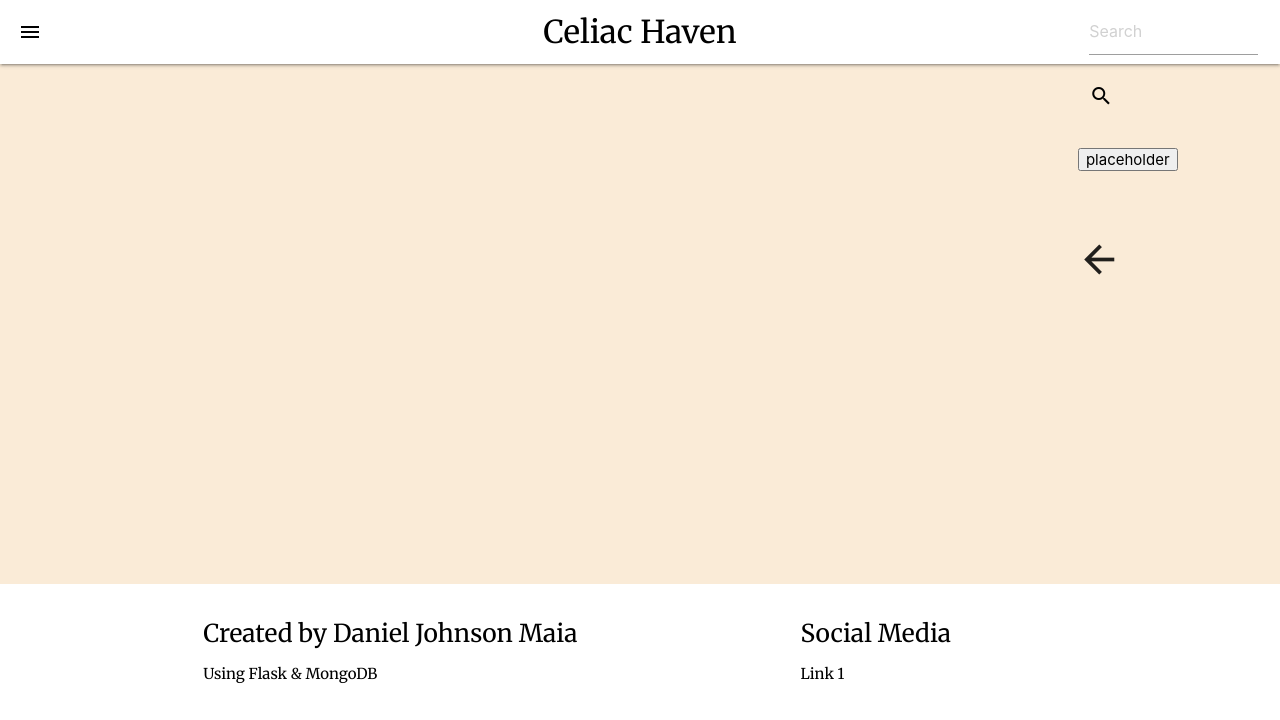
Repository: DanielJMaia/cookbook-project
Page: templates/recipes.html
The author's editor kept a record of every edit. The page is drawn from the files as they stood at one moment, then again after the next edit.
The browser window is 1280 px wide. The pictures show the whole page.
Some web fonts or font styles are not loaded; a fallback is used. The page is served by the project's application, run on Flask 3 (app.py). The template is opened directly, without the code that normally fills it, so the values that code supplies are empty.

Above is the page before.

### templates/recipes.html
{% extends 'base.html' %} {% block content %}
<div class="row">

        <i class="material-icons" id="back_icon">arrow_back</i>

    <div class="col s10">
        <h4>{{ current_category }}</h4>
    </div>
</div>
<div class="container">
    <div class="row">
        {% for recipe in recipes %}
        <div class="col s12 m6 l4">
            <a href="{{url_for('view_recipe', recipe_id=recipe._id)}}">
                <div class="card">
                    <div class="card-image">
                        <img class="responsive_image" src="{{ recipe.url }}">
                    </div>
                    <div class="card-content black-text">
                        <h5>{{ recipe.title }}</h5>
                    </div>
                    <div class="card-content">
                        <div class="row">
                            <div class="col s8 black-text">
                                <p>{{ recipe.description }}</p>
                            </div>
                            <div class="col s4">
                                <a href="{{url_for('edit_recipe', recipe_id=recipe._id)}}" class="waves-effect waves-light btn edit_button">Edit</a>
                            </div>
                        </div>
                    </div>
                </div>
            </a>
        </div>
        {% endfor %}
    </div>
</div>
<script type="text/javascript" src="/static/js/back.js"></script>
{% endblock %}

### templates/base.html
<!DOCTYPE html>
<html lang="en">

<head>
    <meta charset="UTF-8">
    <meta name="viewport" content="width=device-width, initial-scale=1.0">
    <meta http-equiv="X-UA-Compatible" content="ie=edge">
    <title>GF Recipes!</title>

    <link rel="stylesheet" href="https://cdnjs.cloudflare.com/ajax/libs/materialize/1.0.0/css/materialize.min.css">
    <link href="https://fonts.googleapis.com/icon?family=Material+Icons" rel="stylesheet">
    <link href="https://fonts.googleapis.com/css?family=Merriweather|Solway&display=swap" rel="stylesheet">
    <link rel="stylesheet" href="{{url_for('static', filename='css/style.css')}}" type="text/css" />
</head>

<body>
    <header>
        <div class="row no_bottom_margin">
            <nav class="white">
                <div class="nav-wrapper">
                    <a href="{{url_for('home')}}" class="brand-logo center black-text" id="website_title">Celiac Haven</a>
                    <a href="#" data-target="mobile-demo" class="sidenav-trigger show-on-large"><i class="material-icons black-text">menu</i></a>

                    <div class="row">
                        <div class="col s12 m4 xl2 right search_bar_container" id="search_function">
                            <form action="{{url_for('search_recipes')}}" method="POST">
                                <div class="col s12">
                                    <input id="searchbar_input" name="searchbar_input" type="text" placeholder="Search">
                                    <i class="material-icons black-text search_icon" id="search_icon_click">search</i>
                                </div>
                                <input type="submit" value="placeholder" id="search_button">
                            </form>
                        </div>
                    </div>
                </div>
            </nav>
            <ul class="sidenav" id="mobile-demo">
                <li><a href="{{url_for('home')}}">Home</a></li>
                <li><a href="{{url_for('add_recipe')}}">Add A Recipe</a></li>
                {% for category in global_category %}
                <li><a href="{{url_for('get_recipes', recipe_category=category.title)}}">{{ category.title }}</a></li>
                {% endfor %}
            </ul>
        </div>
    </header>
    <main>
        {% block content %} {% endblock %}
    </main>

    <footer class="page-footer white lighten-4">
        <div class="container">
            <div class="row">
                <div class="col l6 s12">
                    <h5 class="black-text">Created by Daniel Johnson Maia</h5>
                    <p class="black-text text-lighten-4">Using Flask & MongoDB</p>
                </div>
                <div class="col l4 offset-l2 s12">
                    <h5 class="black-text">Social Media</h5>
                    <ul>
                        <li><a class="black-text text-lighten-3" href="#!">Link 1</a></li>
                    </ul>
                </div>
            </div>
        </div>
    </footer>

    <script src="https://cdnjs.cloudflare.com/ajax/libs/jquery/3.4.1/jquery.js" integrity="sha256-WpOohJOqMqqyKL9FccASB9O0KwACQJpFTUBLTYOVvVU=" crossorigin="anonymous"></script>
    <script src="https://cdnjs.cloudflare.com/ajax/libs/materialize/1.0.0/js/materialize.min.js"></script>
    <script src="https://unpkg.com/sweetalert/dist/sweetalert.min.js"></script>
    <script type="text/javascript" src="/static/js/initialization.js"></script>
    <script type="text/javascript" src="/static/js/script.js"></script>

</body>

</html>

### app.py
import os
import env
from flask import Flask, render_template, redirect, request, url_for
from flask_pymongo import PyMongo
from bson.objectid import ObjectId

app = Flask(__name__)

app.config["MONGO_DBNAME"] = 'milestone-project-cookbook'
app.config['MONGO_URI'] = os.getenv('MONGO_URI', "Env value not loaded")

mongo = PyMongo(app)

@app.route('/')
def home():
    return render_template("index.html",
                            global_category=mongo.db.categories.find(),
                            local_category=mongo.db.categories.find())

@app.route('/get_recipes/<recipe_category>')
def get_recipes(recipe_category):
    return render_template("recipes.html",
                            global_category=mongo.db.categories.find(),
                            current_category=recipe_category,
                            recipes=mongo.db.recipes.find({"category": recipe_category}))

@app.route('/search_recipes/', methods=["GET", "POST"])
def search_recipes():
    if request.method == "POST":
        post_request = request.form.get('searchbar_input')
        print(post_request)
    return render_template("search_recipe.html", global_category=mongo.db.categories.find(), recipes=mongo.db.recipes.find({"title" : {"$regex": post_request, "$options": "i"}}))

@app.route('/add_recipe')
def add_recipe():
    return render_template("add_recipe.html",
    global_category=mongo.db.categories.find(),
    local_category=mongo.db.categories.find(),
    difficulty=mongo.db.difficulty.find())

@app.route('/insert_recipe', methods=["POST"])
def insert_recipe():
    recipes = mongo.db.recipes
    method_string = request.form.get('method')
    method_array = [m for m in method_string.split("\n") if m]
    ingredients_string = request.form.get('ingredients')
    ingredients_array = [i for i in ingredients_string.split("\n") if i]
    data = {
        'title' : request.form.get('title'),
        'category' : request.form.get('category'),
        'gf_ingredient' : request.form.get('gf_ingredient'),
        'prep_duration' : request.form.get('prep_duration'),
        'difficulty' : request.form.get('difficulty'),
        'method' : method_array,
        'ingredients' : ingredients_array,
        'description' : request.form.get('description'),
        'tips' : request.form.get('tips'),
        'url' : request.form.get('url')
    }
    _id = recipes.insert_one(data)
    return render_template('view_recipe.html',
    global_category=mongo.db.categories.find(),
    recipes = mongo.db.recipes.find({"_id": _id.inserted_id})
    )

@app.route('/edit_recipe/<recipe_id>')
def edit_recipe(recipe_id):
    _recipe = mongo.db.recipes.find_one({"_id": ObjectId(recipe_id)})
    _categories = mongo.db.categories.find()
    _difficulty = mongo.db.difficulty.find()
    category_list = [category for category in _categories]
    return render_template('edit_recipe.html', recipe=_recipe, global_category=category_list, difficulty=_difficulty, local_category=mongo.db.categories.find())

@app.route('/update_recipe/<recipe_id>', methods=["POST"])
def update_recipe(recipe_id):
    recipes = mongo.db.recipes
    method_string = request.form.get('method')
    method_array = [m for m in method_string.split("\n") if m]
    ingredients_string = request.form.get('ingredients')
    ingredients_array = [i for i in ingredients_string.split("\n") if i]
    recipes.update({'_id': ObjectId(recipe_id)},
    {
        'title' : request.form.get('title'),
        'category' : request.form.get('category'),
        'gf_ingredient' : request.form.get('gf_ingredient'),
        'prep_duration' : request.form.get('prep_duration'),
        'difficulty' : request.form.get('difficulty'),
        'method' : method_array,
        'ingredients' : ingredients_array,
        'description' : request.form.get('description'),
        'tips' : request.form.get('tips'),
        'url' : request.form.get('url')
    })
    return render_template('view_recipe.html',
    recipes = mongo.db.recipes.find({"_id": ObjectId(recipe_id)}), global_category=mongo.db.categories.find())

@app.route('/view_recipe/<recipe_id>')
def view_recipe(recipe_id):
    return render_template('view_recipe.html',
    recipes = mongo.db.recipes.find({"_id": ObjectId(recipe_id)}), global_category=mongo.db.categories.find())

@app.route('/delete_recipe/<recipe_id>')
def delete_recipe(recipe_id):
    mongo.db.recipes.remove({'_id': ObjectId(recipe_id)})
    return redirect(url_for('home'))

if __name__  == '__main__':
    app.run(host=os.environ.get('IP'),
    port=int(os.environ.get('PORT')),
    debug=True)

### static/css/style.css
body {
  display: flex;
  min-height: 100vh;
  flex-direction: column;
  font-family: 'Solway', 'Merriweather', serif;
  background-color: #faebd7;
}

main {
  flex: 1 0 auto;
}

.search_bar_container{
  position: relative;
  padding: 0 15px 0 0;
  margin: 0;
}



.brand-logo {
  width: fit-content;
}

#quote {
  background-image: url("https://i.imgur.com/PuHbs0g.jpg");
  background-size: cover;
  padding-top: 17rem;
  text-align: center;
  height: 55rem;
  text-shadow: 0.5px 0.5px #aaa6a6;
}

.quote_header {
  background-color: white;
  width: fit-content;
  padding: 13px;
  border-radius: 6px;
  margin-left: 15px;
  margin-right: 15px;
}


#submit_recipe_header {
  background-color: white;
  margin-left: auto;
  margin-right: auto;
  border-radius: 13px;
  padding: 28px;
}

.recipe_modify_container {
  background-color: white;
  padding: 25px;
  border-radius: 13px;
  margin-bottom: 40px;
}

.button_form_min_width {
  min-width: 162px;
  float: left;
}

.submit_image_spacing {
  padding-top: 50px!important;
  float: right!important;
}

.recipe_banner {
  background-size: cover;
  resize: both;
}

.recipe_information_box {
  width: 100%
}

.recipe_image_information_container {
  position: relative;
}

.recipe_information {
  background-color: white;
  margin: -2rem;
  padding: 2rem;
}

#recipe_image {
  height: auto;
  width: 100%;
  position: relative;
}

.responsive_image {
  object-fit: cover;
  height: 20rem;
}

#back_icon {
  padding: 10px;
  font-size: 3rem;
  border-radius: 100%;
  margin-top: 1rem;
  cursor: pointer;
}


.separation {
  min-height: 2rem;
  background-color: #faebd7;
}

.edit_button {
  float: right;
}

.card-content {
  max-height: 95px;
}

/* Text Decoration Classes */

.underline {
  text-decoration: underline;
}


@media (min-width: 768px) {
  .recipe_information_box {
    position: absolute;
    right: 5%;
    top: 5%;
    width: 40%;
  }
  .quote_header {
    margin-left: auto;
    margin-right: auto;
  }
  #recipe_information_row {
    padding: 0 25px 0 25px;
  }
}

@media (min-width: 1000px) {
  .recipe_information_box {
    width: 30%;
  }
}


@media (min-width: 1200px) {
  .recipe_information_box {
    width: 20%;
  }
}

@media (min-width: 2560px) {}

@media (min-width: 3840px) {}

### static/js/back.js
document.getElementById("back_icon").addEventListener("click", goBack)

function goBack() {
    window.history.back();
}

### static/js/initialization.js
$(document).ready(function() {
    $('.sidenav').sidenav();
    $('.tabs').tabs();
    $('input#input_text, textarea#textarea2').characterCounter();
    $('select').formSelect();
});

document.getElementById("back_icon").addEventListener("click", goBack)

function goBack(){
    window.history.back();
}

### static/js/script.js
$(document).on("keydown", ":input:not(textarea)" && "input:not(#searchbar_input)", function(event) {
    return event.key != "Enter";
});

$('[name="url"]').on('change', function() {
    $('img.image').prop('src', this.value);
});


document.getElementById("search_icon_click").addEventListener('click', searchRecipes);
function searchRecipes() {
    document.getElementById("search_button").click();
}
/*
document.getElementById("searchbar_input").addEventListener('keypress', function(e) {
    var key = e.which || e.keyCode;
    if (key === 13) {
        document.getElementById("search_recipe_form").submit();
    }
});


*/

After the next edit:
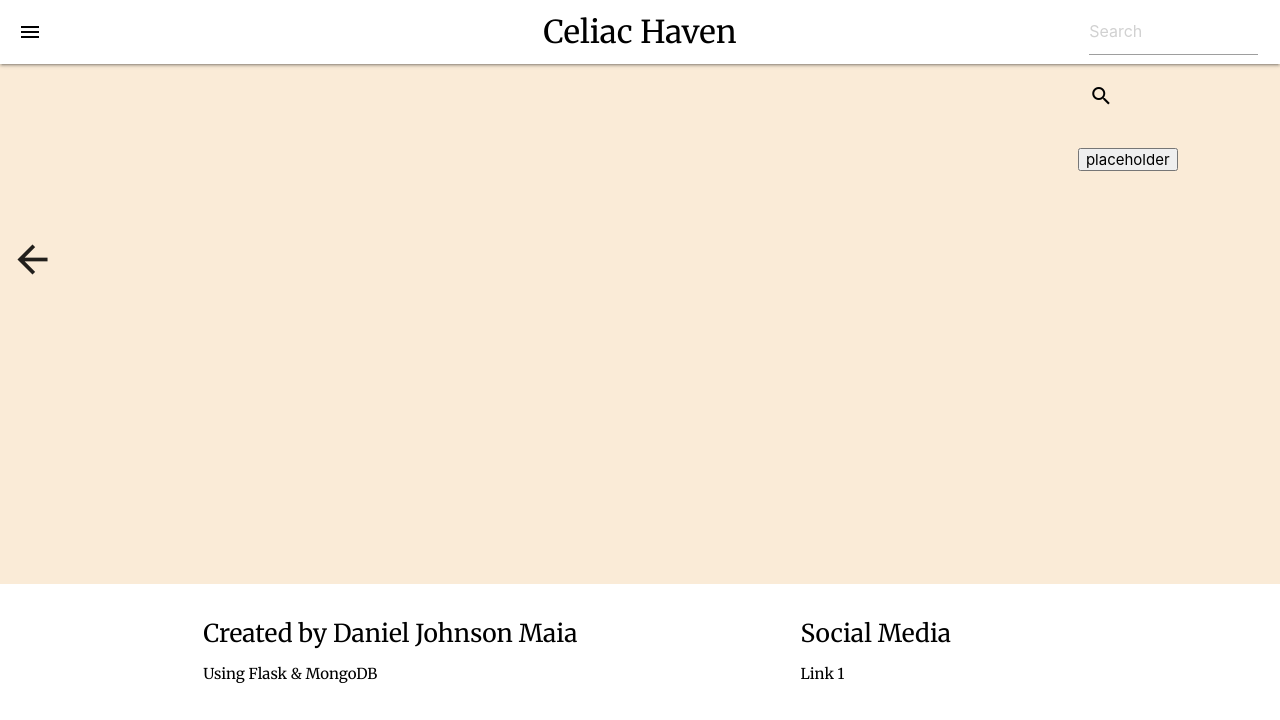
The edit:
--- a/templates/recipes.html
+++ b/templates/recipes.html
@@ -3,7 +3,7 @@
 
         <i class="material-icons" id="back_icon">arrow_back</i>
 
-    <div class="col s10">
+    <div class="col s12 center" id="category_title">
         <h4>{{ current_category }}</h4>
     </div>
 </div>
